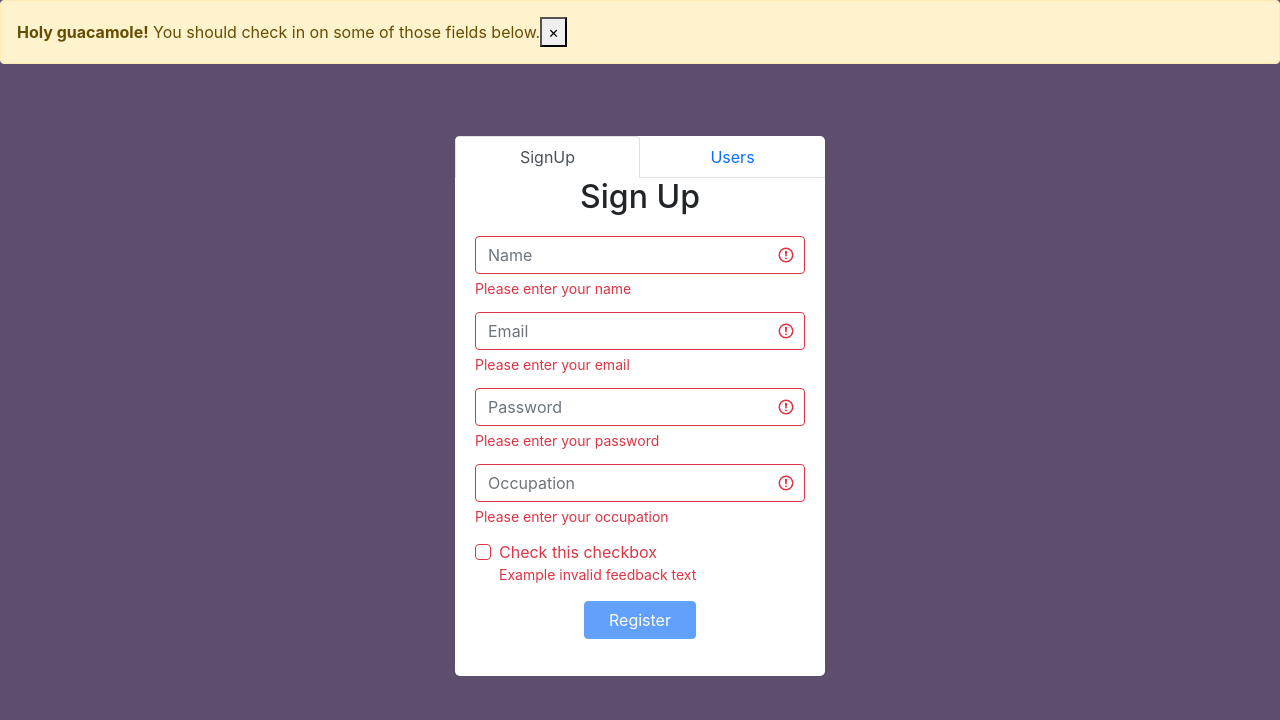
Repository: asadalibest1/SignUp-from
Page: /
An editor plug-in stored every save of this project. The page is shown before and after a run of saves, followed by the edit.
The browser window is 1280 px wide. The pictures show the whole page.
The project was rebuilt for these pictures with package versions that can differ from the ones it lists, and the page was loaded fresh each time.

Above is the page before, as saved 2021-02-08 22:41:18.

### public/index.html
<!DOCTYPE html>
<html lang="en">
  <head>
    <meta charset="utf-8" />
    <link rel="icon" href="%PUBLIC_URL%/favicon.png" />
    <meta name="viewport" content="width=device-width, initial-scale=1" />
    <meta name="theme-color" content="#000000" />
    <meta
      name="description"
      content="Web site created using create-react-app"
    />
    <link rel="apple-touch-icon" href="%PUBLIC_URL%/logo192.png" />
    <!--
      manifest.json provides metadata used when your web app is installed on a
      user's mobile device or desktop. See https://developers.google.com/web/fundamentals/web-app-manifest/
    -->
    <link rel="manifest" href="%PUBLIC_URL%/manifest.json" />
    <!--
      Notice the use of %PUBLIC_URL% in the tags above.
      It will be replaced with the URL of the `public` folder during the build.
      Only files inside the `public` folder can be referenced from the HTML.

      Unlike "/favicon.ico" or "favicon.ico", "%PUBLIC_URL%/favicon.ico" will
      work correctly both with client-side routing and a non-root public URL.
      Learn how to configure a non-root public URL by running `npm run build`.
    -->
    <!-- Bootstrap -->
    <link href="https://cdn.jsdelivr.net/npm/bootstrap@5.0.0-beta1/dist/css/bootstrap.min.css" rel="stylesheet" integrity="sha384-giJF6kkoqNQ00vy+HMDP7azOuL0xtbfIcaT9wjKHr8RbDVddVHyTfAAsrekwKmP1" crossorigin="anonymous">
    <title>Sign Up</title>
  </head>
  <body>
    <noscript>You need to enable JavaScript to run this app.</noscript>
    <div id="root"></div>
    <!--
      This HTML file is a template.
      If you open it directly in the browser, you will see an empty page.

      You can add webfonts, meta tags, or analytics to this file.
      The build step will place the bundled scripts into the <body> tag.

      To begin the development, run `npm start` or `yarn start`.
      To create a production bundle, use `npm run build` or `yarn build`.
    -->
    <script src="https://cdn.jsdelivr.net/npm/bootstrap@5.0.0-beta1/dist/js/bootstrap.bundle.min.js" integrity="sha384-ygbV9kiqUc6oa4msXn9868pTtWMgiQaeYH7/t7LECLbyPA2x65Kgf80OJFdroafW" crossorigin="anonymous"></script>
  </body>
</html>

### src/index.css
body {
  margin: 0;
  font-family: -apple-system, BlinkMacSystemFont, 'Segoe UI', 'Roboto', 'Oxygen',
    'Ubuntu', 'Cantarell', 'Fira Sans', 'Droid Sans', 'Helvetica Neue',
    sans-serif;
  -webkit-font-smoothing: antialiased;
  -moz-osx-font-smoothing: grayscale;
  background-color: #5D4E6D;
}

code {
  font-family: source-code-pro, Menlo, Monaco, Consolas, 'Courier New',
    monospace;
}

### src/App.js
import React from 'react'
import App1 from "./components/App1/App1"

export default function App() {
  return (
    <div>
      <App1 />
    </div>
  )
}

### src/components/App1/App1.js
import React from 'react'
import Tabs from '../Tabs/Tabs'

export default function App1() {
    return (
        <div>
            <div class="alert alert-warning alert-dismissible fade show" role="alert">
                <strong>Holy guacamole!</strong> You should check in on some of those fields below.
  <button type="button" class="close" data-dismiss="alert" aria-label="Close">
                    <span aria-hidden="true">&times;</span>
                </button>
            </div>
            <Tabs />
        </div>
    )
}

### src/features/counter/counterSlice.js
import { createSlice } from '@reduxjs/toolkit';
const data = [
  {name: "saad", email: "saad@gmail.com", password: "qwerty", occupation: "petrolium engee"},
  {name: "asad", email: "asad@gmail.com", password: "asdfg", occupation: "wed dev"}
]
export const counterSlice = createSlice({
  name: 'counter',

  initialState: {
    data: data,
    value: 0,
    name: "saad",
  },
  reducers: {
    increment: (state, action) => {
      state.value = action.payload;
    },
    decrement: (state, action) => {
      state.value = action.payload;
    },
    changeName: (state, action) => {
      state.name = action.payload;
    },
    setData: (state, action) => {
      state.data = action.payload;
    },
  },
});


export const { increment, decrement, changeName, setData } = counterSlice.actions;

// The function below is called a thunk and allows us to perform async logic. It
// can be dispatched like a regular action: `dispatch(incrementAsync(10))`. This
// will call the thunk with the `dispatch` function as the first argument. Async
// code can then be executed and other actions can be dispatched

// export const incrementAsync = amount => dispatch => {
//   setTimeout(() => {
//     dispatch(incrementByAmount(amount));
//   }, 1000);
// };

// The function below is called a selector and allows us to select a value from
// the state. Selectors can also be defined inline where they're used instead of
// in the slice file. For example: `useSelector((state) => state.counter.value)`

export const selectCount = state => state.counter.value;
export const name = state => state.counter.name;
export const Data = state => state.counter.data;

export default counterSlice.reducer;

### src/components/Tabs/Tabs.js
import React from 'react'
import SignUp from "../SignUp/SignUp"
import Users from "../Users/Users"
import "./Tabs.css"

export default function Tabs() {
    return (
        <div className="tabs-main">
            <div className="tabs">

                <ul className="nav nav-tabs" id="myTab" role="tablist">
                    <li className="nav-item text-center w-50" role="presentation">
                        <a className="nav-link active" id="signUp-tab" data-bs-toggle="tab" href="#signUp" role="tab" aria-controls="signUp" aria-selected="true">SignUp</a>
                    </li>
                    <li className="nav-item text-center w-50" role="presentation">
                        <a className="nav-link" id="users-tab" data-bs-toggle="tab" href="#users" role="tab" aria-controls="users" aria-selected="false">Users</a>
                    </li>
                </ul>
                <div className="tab-content" id="myTabContent">
                    <div className="tab-pane fade show active" id="signUp" role="tabpanel" aria-labelledby="signUp-tab">
                        <SignUp />
                    </div>
                    <div className="tab-pane fade" id="users" role="tabpanel" aria-labelledby="users-tab">

                        <Users />
                    </div>
                </div>


            </div>
        </div>
    )
}

### src/components/SignUp/SignUp.js
import React from 'react'
import "./SignUp.css"

import { useSelector, useDispatch } from 'react-redux';
import {
  decrement,
  increment,
  selectCount,
  changeName,
  Data,
  setData,
} from '../../features/counter/counterSlice';


export default function SignUp() {

  const count = useSelector(selectCount);
  const dispatch = useDispatch();
  const data = useSelector(Data);

  const [name, setName] = React.useState("");
  const [email, setEmail] = React.useState("");
  const [password, setPassword] = React.useState("");
  const [occupation, setOccupation] = React.useState("");
  const [selectOption, setSelectOption] = React.useState(false);

  var match = null;

  React.useEffect(() => {

    const Button = document.querySelector(".submitButton button");

    if (name === "",
      email === "",
      password === "",
      occupation === "",
      selectOption === false) {

      Button.setAttribute("disabled", "disabled");

    } else {
      Button.removeAttribute("disabled");
    }

  }, [name, email, password, occupation, selectOption])

  function submit(e) {
      e.preventDefault();
    // const checkEmail = /^(([^<>()[\]\\.,;:\s@\"]+(\.[^<>()[\]\\.,;:\s@\"]+)*)|(\".+\"))@((\[[0-9]{1,3}\.[0-9]{1,3}\.[0-9]{1,3}\.[0-9]{1,3}\])|(([a-zA-Z\-0-9]+\.)+[a-zA-Z]{2,}))$/;
    // if (checkEmail.test(email) === true){
      for (let i = 0; i < data.length; i++) {

        if (data[i].email === email) {
          match = true;
          break;
        } else {
          match = false;
        }
      }
// }

    if (match === false){

      dispatch(setData([...data, {name, email, password, occupation}]))

    }if (match === true){
      alert("Email already taken!")
    }
  }

  return (
    <div className="SignUp">
      <h2 className="text-center">Sign Up</h2>

      <form className="was-validated">

        <div className="mb-3">
          <input type="name" className="form-control" id="validationInput" onChange={(e) => setName(e.target.value)} placeholder="Name" required />
          <div className="invalid-feedback">
            Please enter your name
    </div>
        </div>

        <div className="mb-3">
          <input type="email" className="form-control" id="validationInput" onChange={(e) => setEmail(e.target.value)} placeholder="Email" required />
          <div className="invalid-feedback emailerr">
            Please enter your email
    </div>
        </div>

        <div className="mb-3">
          <input type="password" className="form-control" id="validationInput" onChange={(e) => setPassword(e.target.value)} placeholder="Password" required />
          <div className="invalid-feedback">
            Please enter your password
    </div>
        </div>

        <div className="mb-3">
          <input type="text" className="form-control" id="validationInput" onChange={(e) => setOccupation(e.target.value)} placeholder="Occupation" required />
          <div className="invalid-feedback">
            Please enter your occupation
    </div>
        </div>


        <div className="radioButton form-check mb-3">
          <input type="checkbox" className="form-check-input" onClick={() => setSelectOption(!selectOption)} id="validationFormCheck1" required />
          <label className="form-check-label" for="validationFormCheck1">Check this checkbox</label>
          <div className="invalid-feedback">Example invalid feedback text</div>
        </div>


        <div className="submitButton mb-3 text-center">
          <button className="btn btn-primary px-4" type="submit"
            onClick={submit}
          >Register</button>
        </div>
      </form>

      {/* <p>{count}</p> */}
      {/* <p>{count}</p>
<button onClick={() => dispatch(increment(count+1))} >increment</button>
<button onClick={() => dispatch(decrement(count-1))} >decrement</button>
<p>{Name}</p>
<button onClick={() => dispatch(changeName("sharif"))} >changeName</button> */}

    </div>
  )
}

### src/components/Users/Users.js
import React from 'react'
import "./Users.css"

import { useSelector, useDispatch } from 'react-redux';

import {
  Data,
} from '../../features/counter/counterSlice';

export default function Users() {

  const data = useSelector(Data);

  return (
    <div className="users">

      <div className="tabpanel" role="tabpanel">
        <div className="panel-coloumn mt-3">
          <div className="list-group" id="myList" role="tablist">

            {
              data.map((item, ind) => {
                return <a className="list-group-item list-group-item-action" data-bs-toggle="list" href={"#target" + ind} role="tab">{item.name}</a>
              })
            }

          </div>
        </div>

        <div className="tab-content">

          {
            data.map((item, ind) => {

              return <div className="tab-pane" id={"target" + ind} role="tabpanel" key={ind}>
                <ul className="list-group list-group-flush">
                  <li className="list-group-item">Name: {item.name}</li>
                  <li className="list-group-item">Email: {item.email}</li>
                  <li className="list-group-item">Password: {item.password}</li>
                  <li className="list-group-item">Occupation: {item.occupation}</li>
                </ul>
              </div>
            })
          }
        </div>
      </div>
    </div>
  )
}

### src/components/Tabs/Tabs.css
.tabs{
    width: 370px;
    height: 75vh;
    background-color: white;
    margin: auto auto;
    margin-top: 10vh;
    border-radius: 5px;
    overflow: hidden;
}

### src/components/SignUp/SignUp.css
.SignUp form{
    margin: 20px;
}
.SignUp form > div{
    /* border: 1px solid black; */
    height: 60px;
}

.SignUp form .radioButton{
    /* border: 1px solid black; */
    height: 45px;
}
.radioButton div{
    /* border: 1px solid black; */
    margin: 0;
}

@media (max-width: 800px) {
    /* .SignUp form{
        margin-top: 3vh;
    } */
    .SignUp h2 {
        margin: 30px auto;
        font-size: 34px;
    }
    .SignUp form > div{
        height: 65px;
    }
    .SignUp form button{
        margin-top: 15px;
    }

}

### src/components/Users/Users.css
.users .tabpanel{
    display: flex;
    flex-direction: row;
    overflow: auto;
}
.users .tabpanel a{
    border-radius: 0;
}

.users .tab-content{
    height: fit-content;
    margin-top: 20px;
    margin-left: 20px;
}

.panel-coloumn{
    border-right: 1px solid rgb(240, 223, 223);
    height: 500px;
    width: 120px;
}

Loaded but not shown: src/index.js (common file); src/app/store.js (common file); src/serviceWorker.js (common file)

After the next 5 saves:
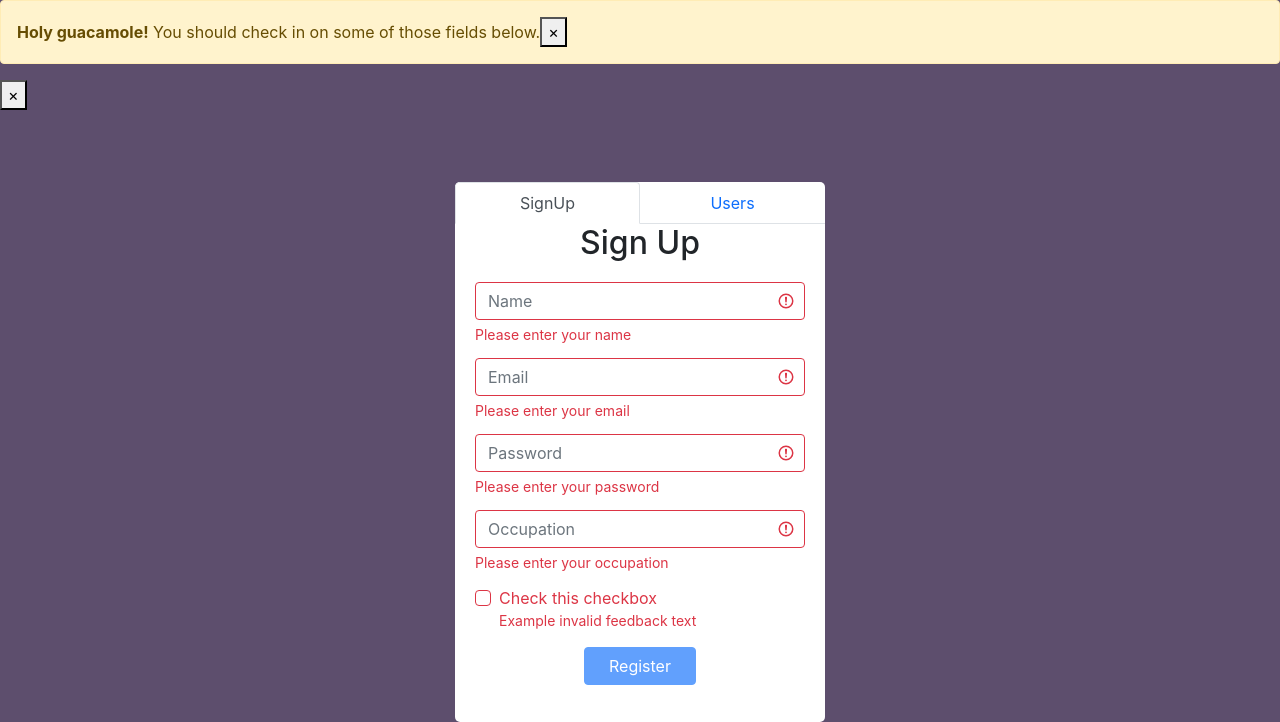
The 5 saves are shown as one change because 4 did not build or start.
The last was saved 3 min 36 s later.
--- a/src/components/App1/App1.js
+++ b/src/components/App1/App1.js
@@ -2,6 +2,11 @@
 import Tabs from '../Tabs/Tabs'
 
 export default function App1() {
+
+    // React.useEffect(()=>{
+    //     document.querySelector(".alert").alert();
+    // },[])
+
     return (
         <div>
             <div class="alert alert-warning alert-dismissible fade show" role="alert">
@@ -10,6 +15,11 @@
                     <span aria-hidden="true">&times;</span>
                 </button>
             </div>
+
+            <button type="button" class="close" data-dismiss="alert" aria-label="Close">
+  <span aria-hidden="true">&times;</span>
+</button>
+
             <Tabs />
         </div>
     )

After the save that followed:
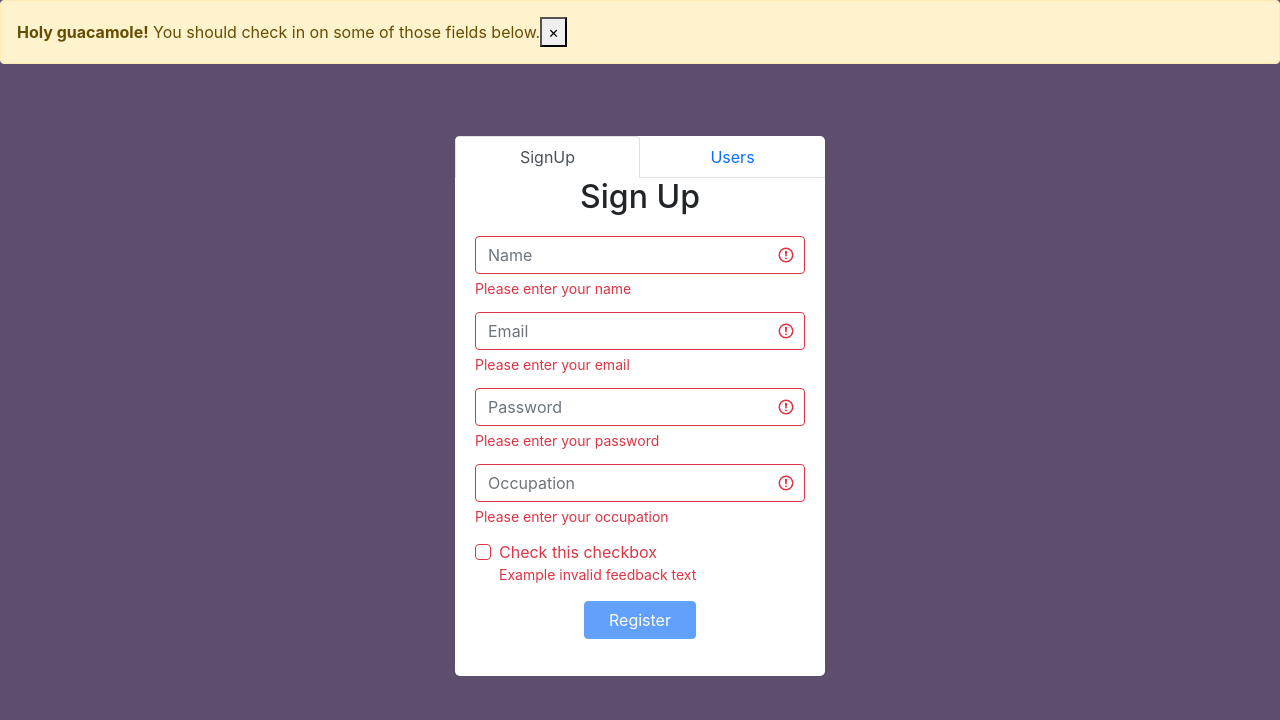
Saved 37 s later.
--- a/src/components/App1/App1.js
+++ b/src/components/App1/App1.js
@@ -16,10 +16,6 @@
                 </button>
             </div>
 
-            <button type="button" class="close" data-dismiss="alert" aria-label="Close">
-  <span aria-hidden="true">&times;</span>
-</button>
-
             <Tabs />
         </div>
     )
